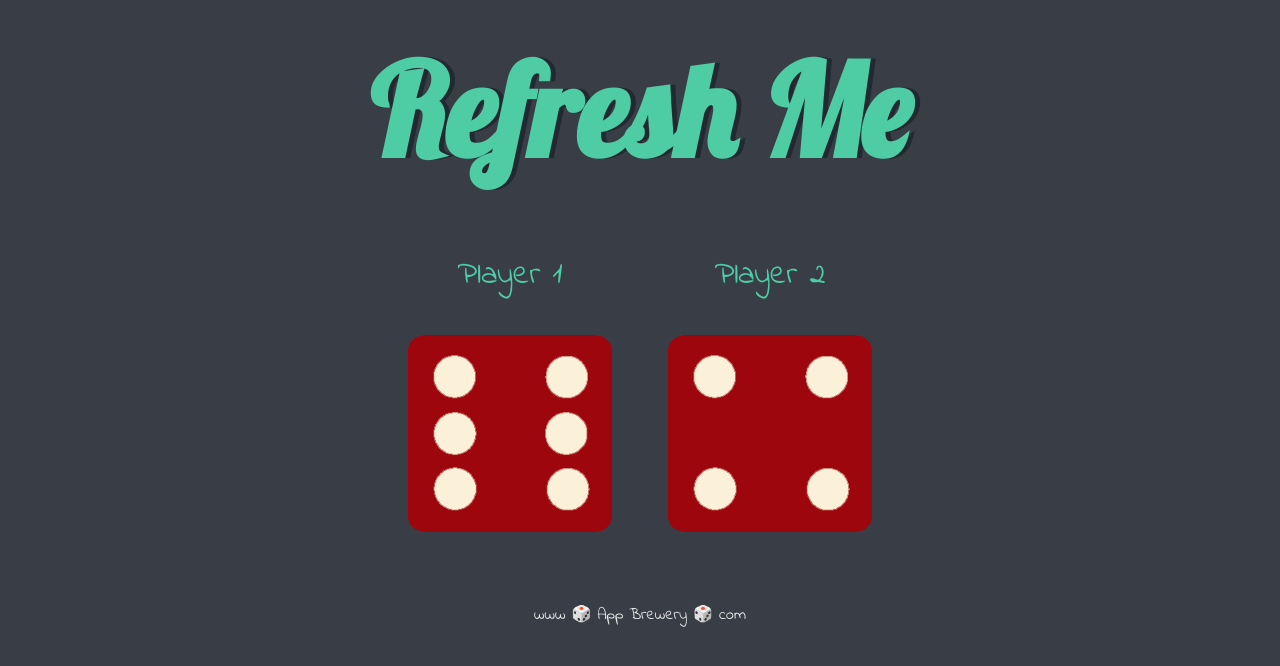
Repository: Vickydew1/Dice
Page: dicee.html
The author's editor kept a copy of each file at every save. The page is drawn from the files as they stood at one save, then again after the next save.
The browser window is 1280 px wide. The pictures show the whole page.

Above is the page before, as saved 2022-01-28 00:42:17.

### dicee.html
<!DOCTYPE html>
<html lang="en" dir="ltr">
  <head>
    <meta charset="utf-8" />
    <title>Dicee</title>
    <link rel="stylesheet" href="styles.css" />
    <link
      href="https://fonts.googleapis.com/css?family=Indie+Flower|Lobster"
      rel="stylesheet"
    />
  </head>
  <body>
    <div class="container">
      <h1>Refresh Me</h1>

      <div class="dice">
        <p>Player 1</p>
        <img class="img1" src="images/dice6.png" />
      </div>

      <div class="dice">
        <p>Player 2</p>
        <img class="img2" src="images/dice6.png" />
      </div>
    </div>
  </body>
  <script src="index.js"></script>

  <footer>www 🎲 App Brewery 🎲 com</footer>
</html>

### index.js
var randomNumber1 = Math.floor(Math.random() * 6) + 1;

var randomdiceImage = "dice" + randomNumber1 + ".png";

var randomImageSource = "images/" + randomdiceImage;

var image1 = document.querySelectorAll("img")[0];

image1.setAttribute("src", randomImageSource);

var randomNumber2 = Math.floor(Math.random() * 6) + 1;

var randomdiceImage2 = "images/" + "dice" + randomNumber2 + ".png";

var image2 = document
  .querySelectorAll("img")[1]
  .setAttribute("src", randomdiceImage2);

if (randomNumber1 > randomNumber2) {
  document.getElementsByTagName("h1").innerHTML = "Player1 Wins";
} else if (randomNumber2 > randomNumber1) {
  document.querySelector("h1").innerHTML = "Player2 Wins";
} else {
  document.querySelector("h1").innerHTML = "Draw";
}

Loaded but not shown: styles.css (common file)

After the next save:
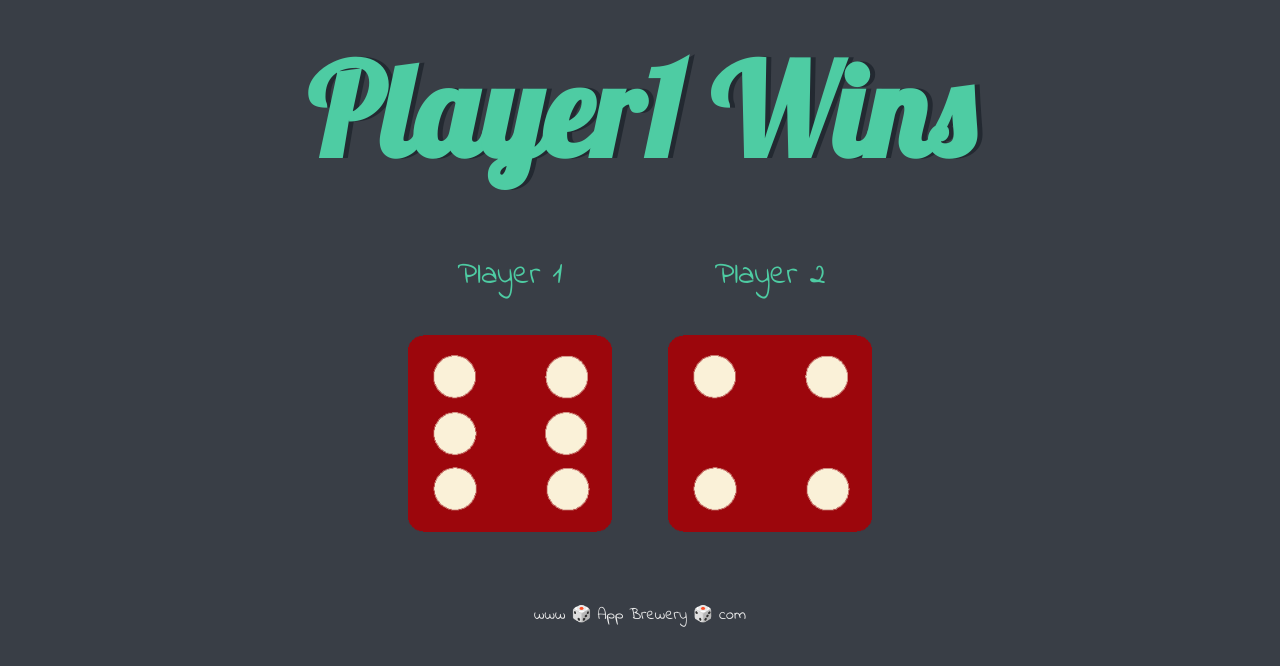
Saved 27 s later.
--- a/index.js
+++ b/index.js
@@ -17,7 +17,7 @@ var image2 = document
   .setAttribute("src", randomdiceImage2);
 
 if (randomNumber1 > randomNumber2) {
-  document.getElementsByTagName("h1").innerHTML = "Player1 Wins";
+  document.querySelector("h1").innerHTML = "Player1 Wins";
 } else if (randomNumber2 > randomNumber1) {
   document.querySelector("h1").innerHTML = "Player2 Wins";
 } else {
